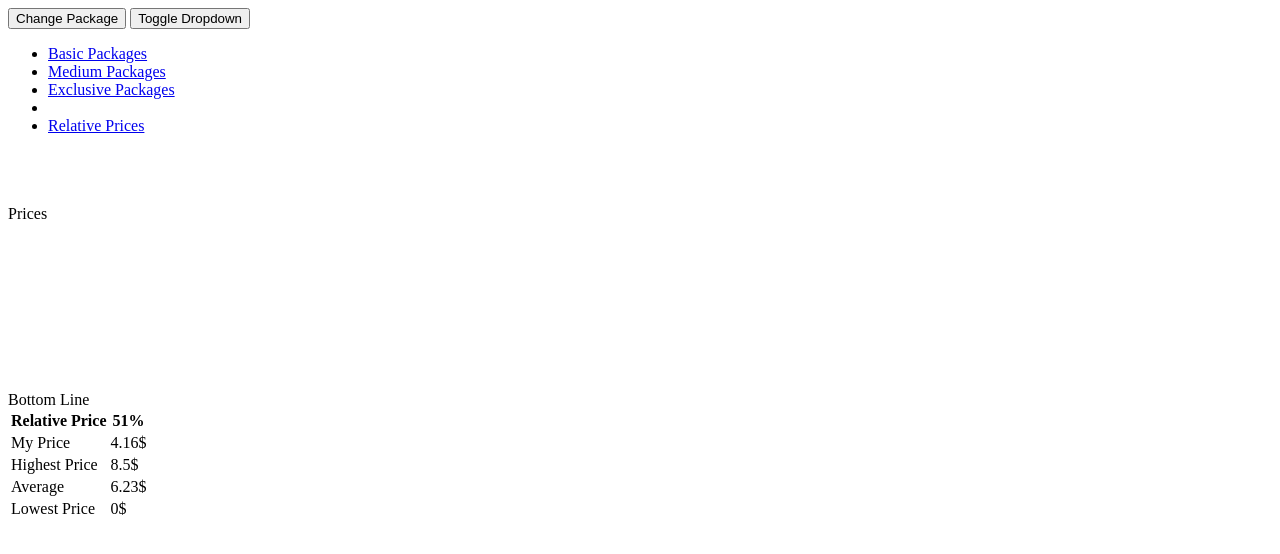
Repository: netaosman/Price-try-course
Page: prixceFrontEnd/src/main/webapp/Prixce_FrontEnd/HTML/Market/pricesPack/BasicPackages.html
These files come from the project's save history. The page is drawn as it stood at one moment and after the next save; the edit follows.
The browser window is 1280 px wide. The pictures show the whole page.

Above is the page before, as saved 2017-09-23 23:43:51.

After the next save:
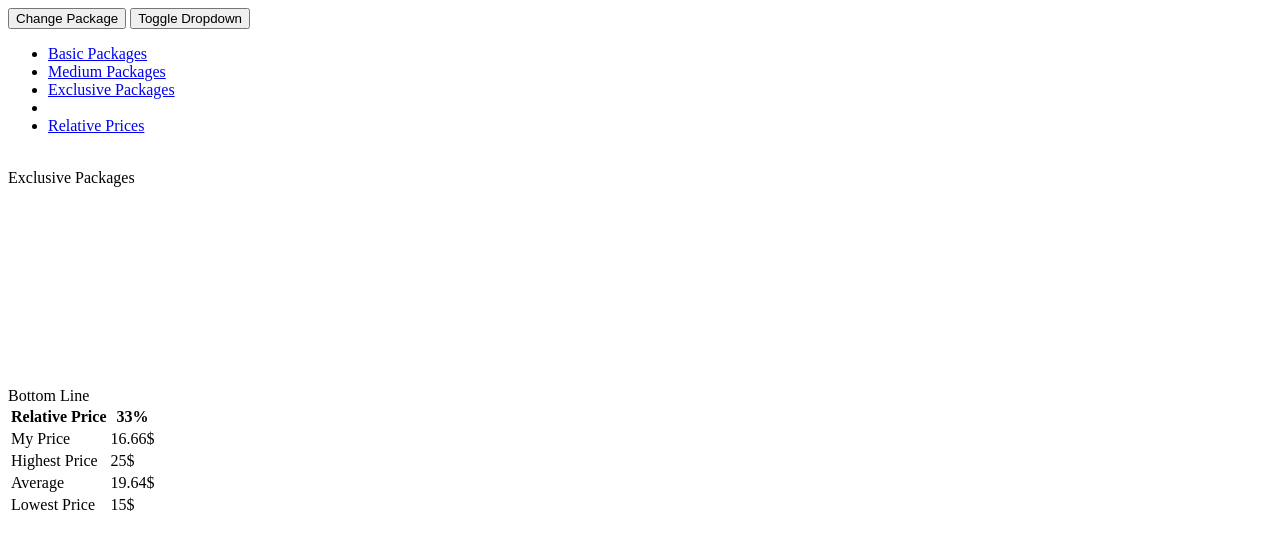
Saved 24 min 51 s later.
--- a/prixceFrontEnd/src/main/webapp/Prixce_FrontEnd/HTML/Market/pricesPack/BasicPackages.html
+++ b/prixceFrontEnd/src/main/webapp/Prixce_FrontEnd/HTML/Market/pricesPack/BasicPackages.html
@@ -1,3 +1,4 @@
+<!--  <p class="sub-header">Exclusive Packages</p>-->
 
 <div class="container-fluid">
 	<div class="dropdown">
@@ -18,65 +19,60 @@
 			</ul>
 		</div>
 	</div>
-	<div class="row">
-		<div class="col-sm-9 col-sm-offset-3 col-md-10 col-md-offset-2 main">
-			<section class="row text-center placeholders">
-				<br> <br> <br>
-				<div class="col-xs-12 col-md-8" ng-controller="PricesBasicCtrl">
-					<div class="panel panel-default-1">
-						<div class="panel-heading">Prices</div>
-						<div class="panel-body">
-							<!-- <div class="panel-title">Prices</div> -->
-							<br>
-							<canvas id="base" class="chart-horizontal-bar" chart-data="data"
-								chart-labels="labels" chart-colors="colors">
+	<br>
+	<div class="row placeholders">
+		<div class="col-xs-12 col-md-8" ng-controller="PricesHighCtrl">
+			<div class="panel panel-default-1">
+				<div class="panel-heading">Exclusive Packages</div>
+				<div class="panel-body">
+					<!-- <div class="panel-title">Prices</div> -->
+					<canvas id="base" class="chart-horizontal-bar" chart-data="data"
+						chart-labels="labels" chart-colors="colors" height="200">
                                 </canvas>
-						</div>
-					</div>
 				</div>
-				<div class="col-xs-12 col-md-4">
-					<div class="panel panel-default-1">
-						<div class="panel-heading">Bottom Line</div>
-						<div class="panel-body">
-							<table class="table">
-								<thead>
-									<tr>
-										<th class="relative">Relative Price</th>
-										<th class="relative-price">51%</th>
-									</tr>
-								</thead>
-								<tbody>
-									<tr>
-										<td class="title-prices"><span
-											class="glyphicon glyphicon-hand-right" aria-hidden="true"></span>
-											My Price</td>
-										<td class="prices">4.16$</td>
-									</tr>
-									<tr>
-										<td class="title-prices"><span
-											class="glyphicon glyphicon-hand-up" aria-hidden="true"></span>
-											Highest Price</td>
-										<td class="prices">8.5$</td>
-									</tr>
-									<tr>
-										<td class="title-prices"><span
-											class="glyphicon glyphicon-hand-left" aria-hidden="true"></span>
-											Average</td>
-										<td class="prices">6.23$</td>
-									</tr>
-									<tr>
-										<td class="title-prices"><span
-											class="glyphicon glyphicon-thumbs-down" aria-hidden="true"></span>
-											Lowest Price</td>
-										<td class="prices">0$</td>
-									</tr>
-								</tbody>
+			</div>
+		</div>
+		<div class="col-xs-12 col-md-4">
+			<div class="panel panel-default-1">
+				<div class="panel-heading">Bottom Line</div>
+				<div class="panel-body">
+					<table class="table">
+						<thead>
+							<tr>
+								<th class="relative">Relative Price</th>
+								<th class="relative-price">33%</th>
+							</tr>
+						</thead>
+						<tbody>
+							<tr>
+								<td class="title-prices"><span
+									class="glyphicon glyphicon-hand-right" aria-hidden="true"></span>
+									My Price</td>
+								<td class="prices">16.66$</td>
+							</tr>
+							<tr>
+								<td class="title-prices"><span
+									class="glyphicon glyphicon-hand-up" aria-hidden="true"></span>
+									Highest Price</td>
+								<td class="prices">25$</td>
+							</tr>
+							<tr>
+								<td class="title-prices"><span
+									class="glyphicon glyphicon-hand-left" aria-hidden="true"></span>
+									Average</td>
+								<td class="prices">19.64$</td>
+							</tr>
+							<tr>
+								<td class="title-prices"><span
+									class="glyphicon glyphicon-thumbs-down" aria-hidden="true"></span>
+									Lowest Price</td>
+								<td class="prices">15$</td>
+							</tr>
+						</tbody>
 
-							</table>
-						</div>
-					</div>
+					</table>
 				</div>
-			</section>
+			</div>
 		</div>
 	</div>
 </div>
